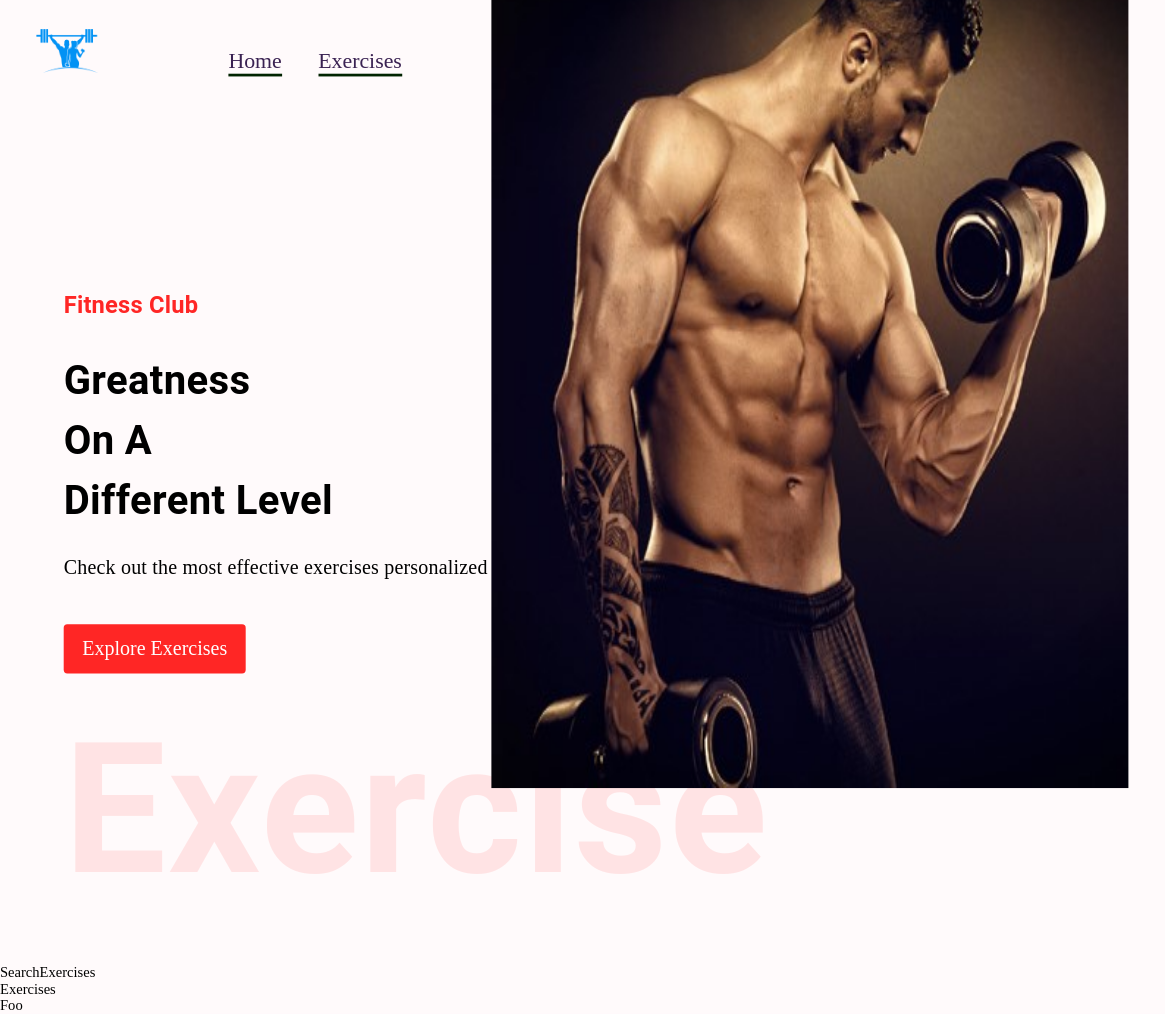
Repository: MhlengiNgubane/Workout-App
Page: /
These files come from the project's save history. The page is drawn as it stood at one moment and after the next save; the edit follows.
The browser window is 1280 px wide. The pictures show the whole page, at 91% of full size.
The project was rebuilt for these pictures with package versions that can differ from the ones it lists, and the page was loaded fresh each time. Also part of the build but not shown: src/pages/ExerciseDetail.js.

Above is the page before, as saved 2022-07-31 20:06:08.

### public/index.html
<!DOCTYPE html>
<html lang="en">
  <head>
    <meta charset="utf-8" />
    <link rel="icon" href="%PUBLIC_URL%/favicon.ico" />
    <meta name="viewport" content="width=device-width, initial-scale=1" />
    <meta name="theme-color" content="#000000" />
    <meta
      name="description"
      content="Web site created using create-react-app"
    />
    <link rel="apple-touch-icon" href="%PUBLIC_URL%/logo192.png" />
    <!--
      manifest.json provides metadata used when your web app is installed on a
      user's mobile device or desktop. See https://developers.google.com/web/fundamentals/web-app-manifest/
    -->
    <link rel="manifest" href="%PUBLIC_URL%/manifest.json" />
    <!--
      Notice the use of %PUBLIC_URL% in the tags above.
      It will be replaced with the URL of the `public` folder during the build.
      Only files inside the `public` folder can be referenced from the HTML.

      Unlike "/favicon.ico" or "favicon.ico", "%PUBLIC_URL%/favicon.ico" will
      work correctly both with client-side routing and a non-root public URL.
      Learn how to configure a non-root public URL by running `npm run build`.
    -->
    <title>MSN GYM</title>
  </head>
  <body>
    <noscript>You need to enable JavaScript to run this app.</noscript>
    <div id="root"></div>
    <!--
      This HTML file is a template.
      If you open it directly in the browser, you will see an empty page.

      You can add webfonts, meta tags, or analytics to this file.
      The build step will place the bundled scripts into the <body> tag.

      To begin the development, run `npm start` or `yarn start`.
      To create a production bundle, use `npm run build` or `yarn build`.
    -->
  </body>
</html>

### src/index.js
import React from 'react';
import ReactDOM from 'react-dom';
import App from './App';
import { BrowserRouter } from 'react-router-dom';

const root = ReactDOM.createRoot(document.getElementById('root'));

root.render(
    <React.StrictMode>
      <BrowserRouter>
        <App />
      </BrowserRouter>
    </React.StrictMode>,
  );

### src/components/Navbar.js
import React from 'react';
import { Link } from 'react-router-dom';
import { Stack } from '@mui/material';
import Logo from '../assets/images/Logo.png';

const Navbar = () => (
    <Stack direction="row" justifyContent="space-around" sx={{ gap: { sm: '123px', xs: '40px' }, mt: { sm: '32px', xs: '20px' }, justifyContent: 'none' }} px="20px">
        <Link to="/">
            <img src={Logo} alt="logo" style={{ width: '68px', height: '48px', margin: '0px 20px' }} />
        </Link>
        <Stack
            direction="row"
            gap="40px"
            fontFamily="Alegreya"
            fontSize="24px"
            alignItems="flex-end"
        >
            <Link to="/" style={{ textDecoration: 'none', color: '#3A2252', borderBottom: '3px solid #002300' }}>Home</Link>
            <a href="exercises" style={{ textDecoration: 'none', color: '#3A2252', borderBottom: '3px solid #002300' }}>Exercises</a>
        </Stack>
  </Stack>
);

export default Navbar;

### src/components/Footer.js
import React from 'react';

const Footer = () => {
    return (
        <div>Foo</div>
    )
};

export default Footer;

### src/components/Exercises.js
import React from 'react';

const Exercises = () => {
    return (
        <div>Exercises</div>
    )
};

export default Exercises;

### src/components/SearchExercises.js
import React from 'react';

const SearchExercises = () => {
    return (
        <div>SearchExercises</div>
    )
};

export default SearchExercises;

### src/components/HeroBanner.js
import React from 'react';
import { Box, Stack, Typography } from '@mui/material';

import HeroBannerImage from '../assets/images/banner.png';

const HeroBanner = () => (
  <Box sx={{ mt: { lg: '212px', xs: '70px' }, ml: { sm: '50px' } }} position="relative" p="20px">
    <Typography color="#FF2625" fontWeight="600" fontSize="26px">Fitness Club</Typography>
    <Typography fontWeight={700} sx={{ fontSize: { lg: '44px', xs: '40px' } }} mb="23px" mt="30px">
      Greatness <br /> On A <br />
      Different Level
    </Typography>
    <Typography fontSize="22px" fontFamily="Alegreya" lineHeight="35px">
      Check out the most effective exercises personalized to you
    </Typography>
    <Stack>
      <a href="#exercises" style={{ marginTop: '45px', textDecoration: 'none', width: '200px', textAlign: 'center', background: '#FF2625', padding: '14px', fontSize: '22px', textTransform: 'none', color: 'white', borderRadius: '4px' }}>Explore Exercises</a>
    </Stack>
    <Typography fontWeight={600} color="#FF2625" sx={{ opacity: '0.1', display: { lg: 'block', xs: 'none' }, fontSize: '200px' }}>
      Exercise
    </Typography>
    <img src={HeroBannerImage} alt="hero-banner" className="hero-banner-img" />
  </Box>
);

export default HeroBanner;

Loaded but not shown: src/App.js (common file); src/App.css (common file); src/pages/Home.js (common file)

After the next save:
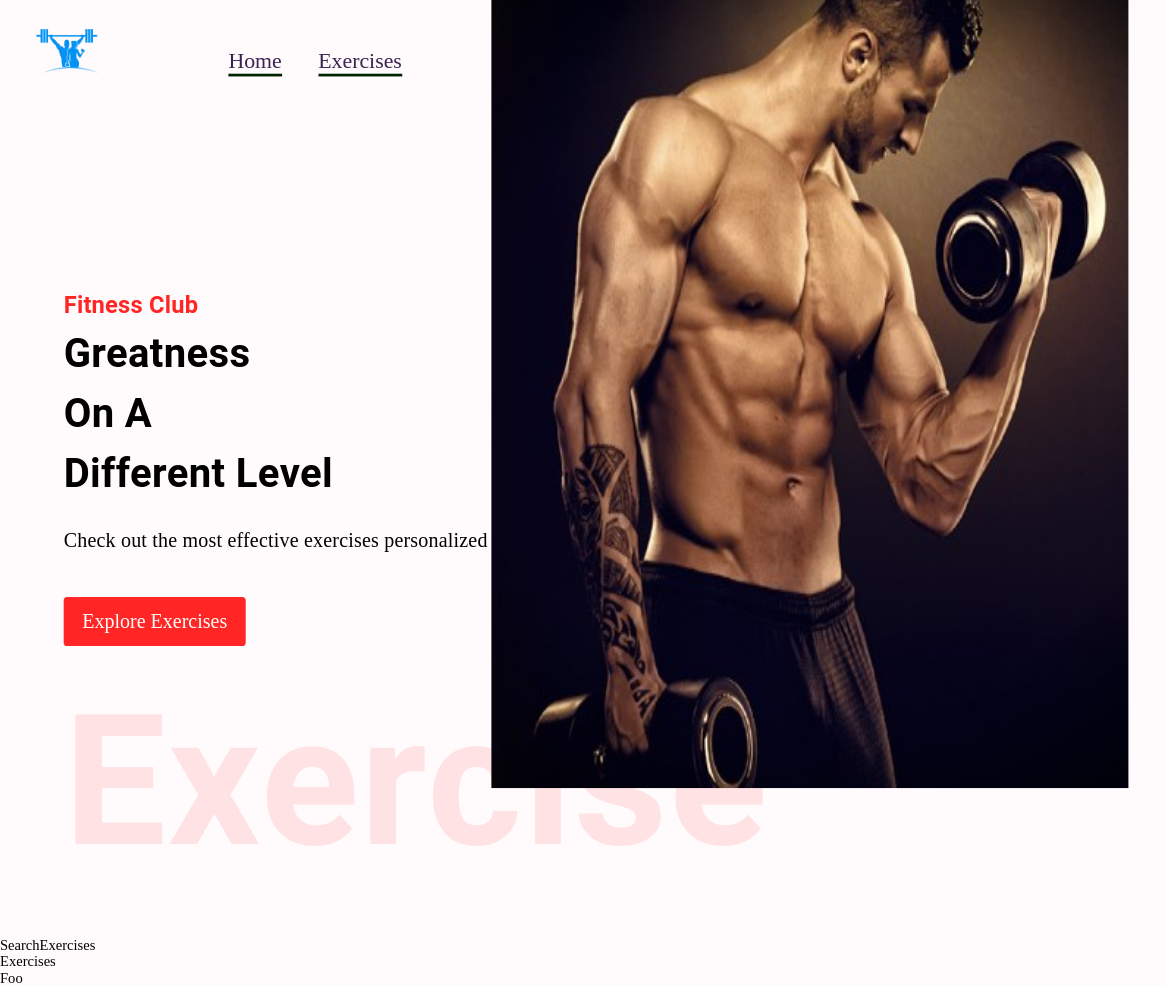
Saved 4 s later.
--- a/src/components/HeroBanner.js
+++ b/src/components/HeroBanner.js
@@ -6,7 +6,7 @@
 const HeroBanner = () => (
   <Box sx={{ mt: { lg: '212px', xs: '70px' }, ml: { sm: '50px' } }} position="relative" p="20px">
     <Typography color="#FF2625" fontWeight="600" fontSize="26px">Fitness Club</Typography>
-    <Typography fontWeight={700} sx={{ fontSize: { lg: '44px', xs: '40px' } }} mb="23px" mt="30px">
+    <Typography fontWeight={700} sx={{ fontSize: { lg: '44px', xs: '40px' } }} mb="23px" mt="px">
       Greatness <br /> On A <br />
       Different Level
     </Typography>

After the save that followed:
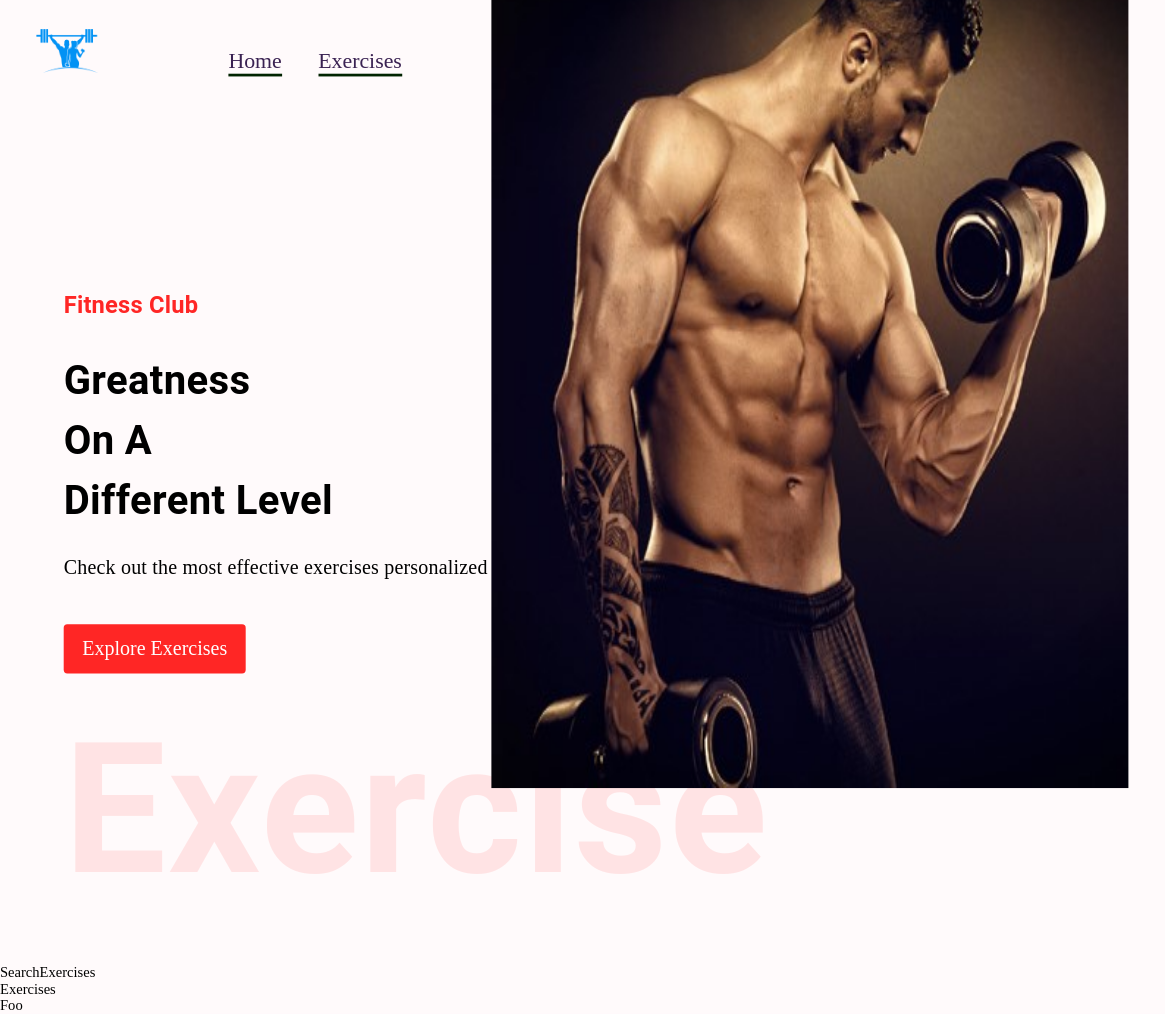
Saved 4 s later.
--- a/src/components/HeroBanner.js
+++ b/src/components/HeroBanner.js
@@ -6,7 +6,7 @@
 const HeroBanner = () => (
   <Box sx={{ mt: { lg: '212px', xs: '70px' }, ml: { sm: '50px' } }} position="relative" p="20px">
     <Typography color="#FF2625" fontWeight="600" fontSize="26px">Fitness Club</Typography>
-    <Typography fontWeight={700} sx={{ fontSize: { lg: '44px', xs: '40px' } }} mb="23px" mt="px">
+    <Typography fontWeight={700} sx={{ fontSize: { lg: '44px', xs: '40px' } }} mb="23px" mt="30px">
       Greatness <br /> On A <br />
       Different Level
     </Typography>
